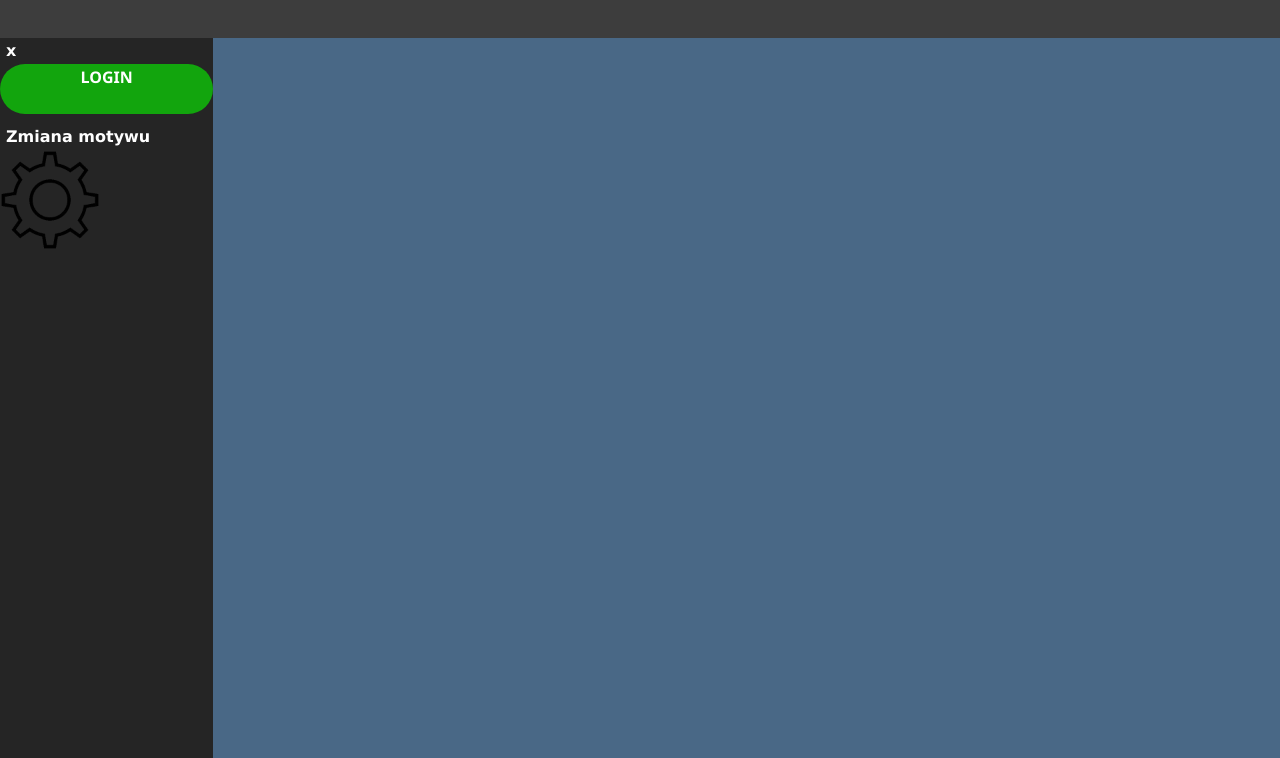
Repository: K4ziWolf/kazi
Page: /, after clicking the first element matching `button.btn`
An editor plug-in stored every save of this project. The page is shown before and after the next save, followed by the edit.
The browser window is 1280 px wide. The pictures show the whole page.
The project was rebuilt for these pictures with package versions that can differ from the ones it lists, and the page was loaded fresh each time. Also part of the build but not shown: vue.config.js, src/components/login_screen.vue, src/components/option_screen.vue.

Above is the page before, as saved 2023-10-20 22:36:00.

### src/App.vue
<template>
<body>
  <section>
  <div id="container" class="col-md-12">
    <div class="d-flex flex-column text-white" style="background-color: rgb(61, 61, 61) ">
    <div class="x-btn">
      <button class="btn btn-outline-secondary" v-bind:class="open_menu_button " @click="showMenuScreen" >
        Pokaż menu
      </button>
      <menu_screen v-if="isMenuScreenVisible" @hide-menu-screen="hideMenuScreen" @show-login-screen="showLoginScreen" @change-theme="changeTheme" @option-open="optionOpener">
      </menu_screen>

    <div> <!--menu_scree i login_screen odpowiedzialne są za pokazywanie się tych komponentów-->
      <login_screen v-if="isLoginScreenVisible" @hide-login-screen="hideLoginScreen">
      </login_screen>
    </div>
    <option_screen v-if="isOptionScreenVisible" @hide-option-screen="HideOptionScreen">
      </option_screen>
  </div>
  </div>
  </div>
  </section>
</body>
</template>

<script>
import menu_screen from './components/menu_screen.vue';
import login_screen from './components/login_screen.vue';
import option_screen from './components/option_screen.vue';
export default {
  components: {
    menu_screen,
    login_screen,
    option_screen,
  },
  data() {
    return {
      open_menu_button: "show",
      open_login_button: "show",
      isLoginScreenVisible: false,
      isMenuScreenVisible: false,
      changecolor:0,
      isOptionScreenVisible: false,
    };
  },
  methods: {
    optionOpener(){
      this.isOptionScreenVisible = true;
    },
    HideOptionScreen(){
      setTimeout(() => {
      this.isOptionScreenVisible = false;
      }, 1000);
    },
    changeTheme() {
        this.changecolor += 1;
      if (this.changecolor % 2 === 0) {
        document.body.style.backgroundColor = 'blue';
      } else {
        document.body.style.backgroundColor = 'red';
      }
    },
    showMenuScreen() { //funkcja pokazująca menu
      this.isMenuScreenVisible = true;
      this.open_menu_button = "hidden";
      this.open_login_button = "show";
    },
    hideMenuScreen() {
      setTimeout(() => { //timeout aby animacja była płynna
        this.open_menu_button = "show";
        this.isMenuScreenVisible = false;
      }, 1200);
    },
    showLoginScreen() {
      this.isLoginScreenVisible = true;
      setTimeout(() => {
      this.isMenuScreenVisible = false;
      }, 1000);
    },
    hideLoginScreen() {
      setTimeout(() => {
        this.open_login_button = "show";
        this.open_menu_button ='show'
        this.isLoginScreenVisible = false;
      }, 1500);
    },
  },
};
</script>

<style>
@import '/src/style.css';

#app {
  font-family: Avenir, Helvetica, Arial, sans-serif;
  -webkit-font-smoothing: antialiased;
  -moz-osx-font-smoothing: grayscale;
  text-align: center;
  color: #2c3e50;
}
.show {
  opacity: 1;
  animation: show_button 0.4s;
}
@keyframes show_button {
  from {
    opacity: 0;
  }
  to {
    opacity: 1;
  }
}
.hidden {
  animation: hide_button 0.4s;
  opacity: 0;
}
@keyframes hide_button {
  from {
    opacity: 1;
  }
  to {
    opacity: 0;
  }
}
body { /*testy moje do zmiany */
  height: 100%;
  width: 100%;
  background-color: rgb(127, 247, 207);
}
.x-btn {
  background-color: rgb(61, 61, 61);

}
.xd-btn {
  text-decoration: none;
  border: none;
  font-family: Verdana, Geneva, Tahoma, sans-serif;
  background-color: #2c3e50;
  border-bottom-left-radius: 25px;
  border-bottom-right-radius: 25px;
  color: white;
  font-weight: bolder;

}
html {
  background-color: #496886;
}
</style>

### src/style.css
template {
    background-color: aqua;
}

### src/components/menu_screen.vue
<template>
     <div class="holder-ten1 col-sm-2" id="menu_holder" :class="menu_box_show">
    <div class="pole-exit-btn" id="Exit_menu_button">
      <button class="exit-baton" id="menu_exit_button" @click="hideMenuScreen">x</button>
      <button class="baton" id="poka-login" v-bind:class="open_login_button" @click="showLoginScreen">
        LOGIN
      </button>
      <button id="change_theme_btn" v-bind:class="change_theme_btn" @click="changeTheme">
        Zmiana motywu
      </button>
      <div id="gear_icon_box">
        <img
          v-bind:class="open_option_button"
          src="../assets/gear_icon.png"
          alt="Gear Icon"
          @mouseenter="openOptionButtonEnter"
          @mouseleave="openOptionButtonLeave"
          @click="open_options"
        />
      </div>
    </div>
  </div>
  </template>

  <script>
  export default {
    data() {
      return {
        menu_box_show: "show",
        open_option_button: "unanimated",
        change_theme_btn:"bright",
      };
    },
    methods: {
      open_options(){
        this.$emit('option-open');

      },
      changeTheme() {
        if (this.change_theme_btn === 'dark') {
          this.change_theme_btn = 'bright';
        } else {
          this.change_theme_btn = 'dark';
        }
          this.$emit('change-theme');
      },
      hideMenuScreen() {
        this.$emit('hide-menu-screen');
        this.menu_box_show = "hide";
      }, //emit to event, czyli wysłanie do komponenta rodzica komendy wywołania funckji w tym przypadku hideMenuScreen
      showLoginScreen() {
        this.menu_box_show = "hide";
        setTimeout(() => {
          this.$emit('show-Login-Screen');
        }, 200); //opóźnienie dla dobra animacji chyba tak mi się wydaje dawno temu to pisałem
      },
      openOptionButtonEnter() {
        this.open_option_button = "animated";
      },
      openOptionButtonLeave(){
        this.open_option_button = "unanimated";
      },
    },
  };
  </script>
  <style scoped>  /* scoped dotyczy tylko tego dokumentu */
.show {
  animation: show_animation 1s ease-in-out;
}

@keyframes show_animation {
  from {
    opacity: 0;
    transform: translate3d(-40%, 0, 0);
  }
  to {
    opacity: 1;
    transform: translate3d(0, 0, 0);
  }
}

.hide {
  opacity: 0;
  animation: hide_animation 1s ease-in-out;
}

@keyframes hide_animation {
  from {
    opacity: 1;
    transform: translate3d(0, 0, 0);
  }
  to {
    opacity: 0;
    transform: translate3d(-40%, 0, 0);
  }
}

#menu_holder {
  background-color: rgb(37, 37, 37) !important;
  position: absolute;
  height: 100vh; /* Ustawienie na 100% wysokości strony */
  display: grid;
  grid-template-columns: 1fr; /* Pasek będzie miał tylko jedną kolumnę */
  gap: 0px;
  grid-template-areas: "Exit_menu_button" "poka-login" "change_theme_btn" "gear_icon_box";
}

.baton {
  background-color: rgb(18, 165, 13);
  display: inline-grid;
  text-decoration: none;
  width: 100%; /* Rozciągnij przycisk na 100% szerokości kontenera */
  height: 50px;
  border-radius: 25px;
  text-align: center;
  font-family: 'Segoe UI', Tahoma, Geneva, Verdana, sans-serif;
  border: none;
  color: white;
  font-weight: bold;
  margin-bottom: 10px; /* Dodaj odstęp między przyciskami */
}

.exit-baton {
  border: none;
  background-color: transparent;
  display: grid;
  font-family: Verdana, Geneva, Tahoma, sans-serif;
  font-weight: bold;
  color: white;
}

  holder-ten1 {
    background-color: rgb(37, 37, 37);
  }
  pole-exit-btn {
    background-color: rgb(37, 37, 37);
  }
  .dark{
    color: rgb(37, 37, 37) !important;
  }
  .bright{

    color: white;
  }
  #gear_icon_box img {
    max-width: 100px;
    cursor: pointer;
  }
  .unanimated{
  animation: back_spin 0.5s;
}
  .animated{
    animation: spin 5s linear infinite;
  }
  @keyframes spin {
  from {
    transform: rotate(0deg);
  }
  to {
    transform: rotate(360deg);
  }
}
@keyframes back_spin {
  from {
    transform: rotate(360deg);
  }
  to {
    transform: rotate(0deg);
  }
 }
 #gear_icon_box {
    height: 30px;
    width: 30px;
    border: none;
    background-color: transparent;
    display: grid;
    font-family: Verdana, Geneva, Tahoma, sans-serif;
    font-weight: bold;
    grid-area: gear_icon_box;
}
  #change_theme_btn{
    border: none;
    background-color: transparent;
    display: grid;

    font-family:Verdana, Geneva, Tahoma, sans-serif;
    font-weight: bold;
    grid-area: change_theme_btn;
   }
  </style>

Loaded but not shown: public/index.html (common file); src/main.js (common file)

After the next save:
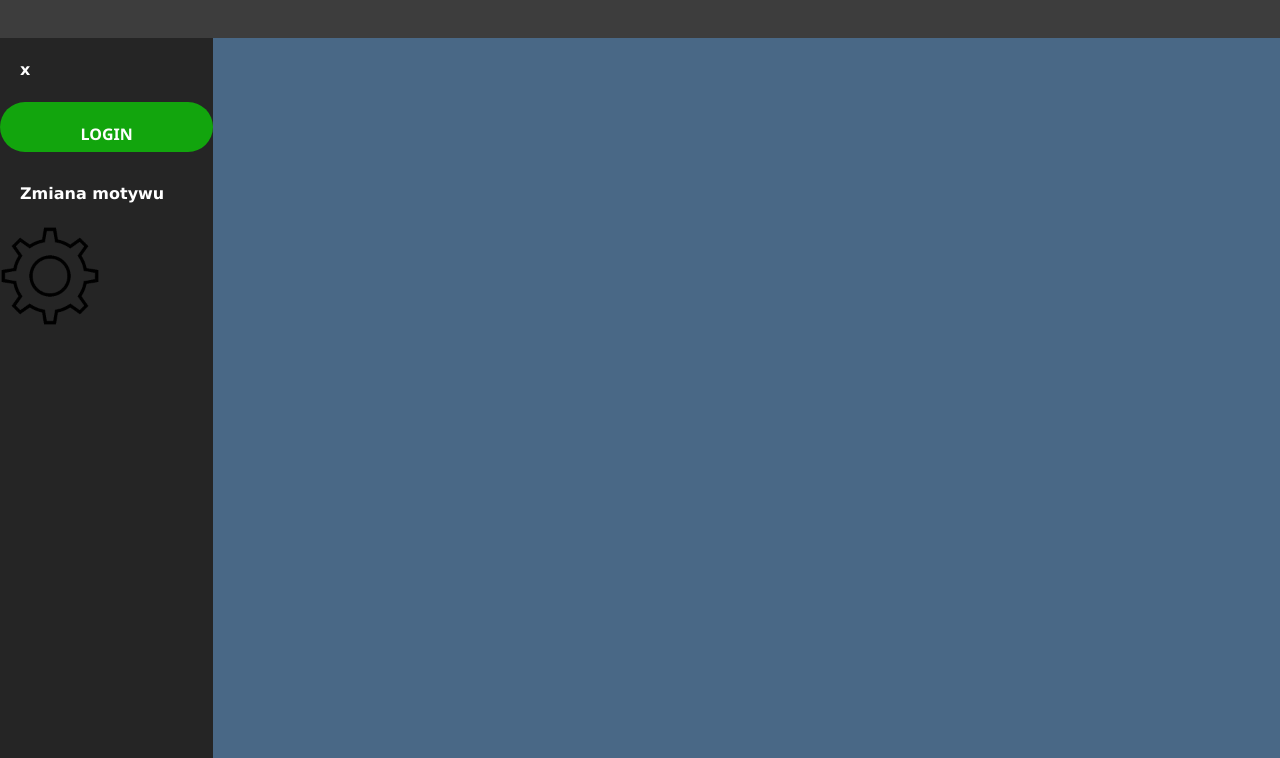
Saved 55 s later.
--- a/src/components/menu_screen.vue
+++ b/src/components/menu_screen.vue
@@ -1,7 +1,9 @@
 <template>
      <div class="holder-ten1 col-sm-2" id="menu_holder" :class="menu_box_show">
     <div class="pole-exit-btn" id="Exit_menu_button">
-      <button class="exit-baton" id="menu_exit_button" @click="hideMenuScreen">x</button>
+      <button class="exit-baton" id="menu_exit_button" @click="hideMenuScreen">
+        x
+      </button>
       <button class="baton" id="poka-login" v-bind:class="open_login_button" @click="showLoginScreen">
         LOGIN
       </button>
@@ -67,7 +69,9 @@
 .show {
   animation: show_animation 1s ease-in-out;
 }
-
+button{
+  padding: 20px;
+}
 @keyframes show_animation {
   from {
     opacity: 0;
